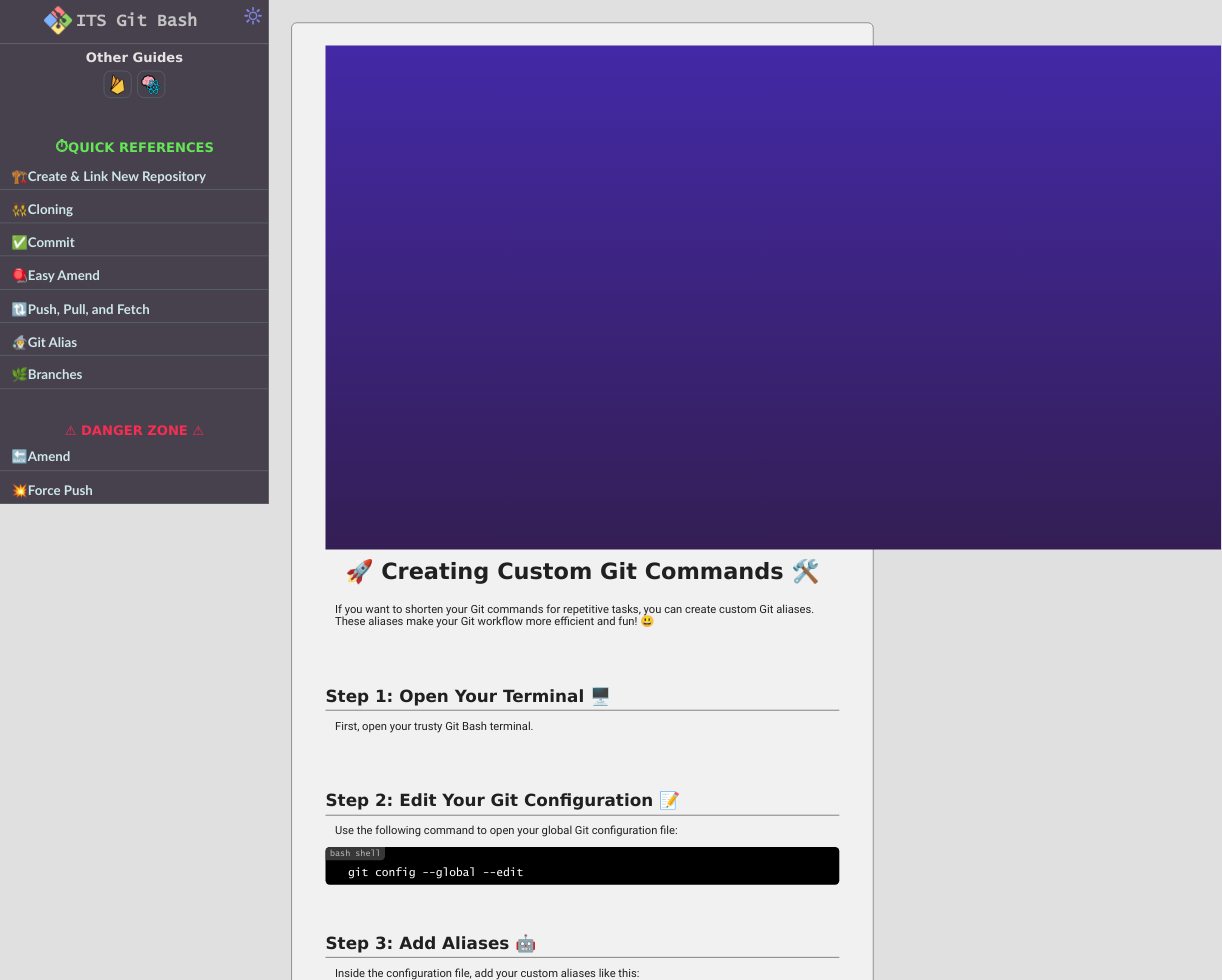
Repository: whyDoILoveThis/project__ITS_Git_Bash
Page: html/git-alias.html
An editor plug-in stored every save of this project. The page is shown before and after the next save, followed by the edit.
The browser window is 1280 px wide. The page is 1745 px wide, then 1280 px, so the pictures cover 1745 px, including what lies to the right of the window. The pictures show the part of the page from y = 0 to 1400 px (the page is 2554 px tall before and 1834 px after), at 70% of full size.

Above is the page before, as saved 2025-07-06 06:17:00.

### html/git-alias.html
<!DOCTYPE html>
<html lang="en">
  <head>
    <meta charset="UTF-8" />
    <meta name="viewport" content="width=device-width, initial-scale=1.0" />
    <link rel="stylesheet" href="/css/normalize.css" />
    <link rel="stylesheet" href="/css/style.css" />
    <title>🧙‍♂️Git Alias</title>
  </head>
  <body>
    <!--!!!!!-->
    <!--! MAIN-WRAP -->
    <div class="main-wrap">
      <section class="article-wrap">
        <article class="article">
          <div class="gradient"></div>
          <h1 class="article__heading">🚀 Creating Custom Git Commands 🛠️</h1>

          <p>
            If you want to shorten your Git commands for repetitive tasks, you
            can create custom Git aliases. These aliases make your Git workflow
            more efficient and fun! 😃
          </p>

          <h2>Step 1: Open Your Terminal 🖥️</h2>

          <p>First, open your trusty Git Bash terminal.</p>

          <h2>Step 2: Edit Your Git Configuration 📝</h2>

          <p>
            Use the following command to open your global Git configuration
            file:
          </p>

          <div class="code">
            <p>git config --global --edit</p>
          </div>

          <h2>Step 3: Add Aliases 🤖</h2>

          <p>
            Inside the configuration file, add your custom aliases like this:
          </p>

          <div class="code code--file-struct">
            <p>[alias]</p>
            <p>&nbsp;&nbsp;co = checkout</p>
            <p>&nbsp;&nbsp;br = branch</p>
            <p>&nbsp;&nbsp;ci = commit</p>
            <p>&nbsp;&nbsp;st = status</p>
            <p>&nbsp;&nbsp;lg = log --graph --oneline --all</p>
          </div>

          <p>
            Feel free to create aliases for any Git command you use frequently.
          </p>

          <h2>Step 4: Save and Exit 💾</h2>

          <p>Save your changes and exit the text editor.</p>

          <h2>Step 5: Test Your New Alias! 🚧</h2>

          <p>Now, you can use your custom Git commands. For example:</p>

          <div class="code">
            <p>git co my-feature-branch</p>
          </div>

          <p>This will be equivalent to:</p>

          <div class="code">
            <p>git checkout my-feature-branch</p>
          </div>

          <p>
            Congratulations! You've made your Git commands snappier and more
            enjoyable. 🎉✨
          </p>

          <h2>Step 6: Share the Joy 🤝</h2>

          <p>
            Don't keep this secret to yourself! Share your custom Git aliases
            with your team to boost productivity. 💪👥
          </p>

          <p>
            That's it! You've customized your Git commands like a pro! Enjoy
            your streamlined Git workflow. 😎👍
          </p>
        </article>
      </section>
    </div>
    <!--! MAIN-WRAP -->
    <!--! !!!!!!! -->
    <script src="/JS/dynamic-nav.js"></script>
  </body>
</html>

### css/style.css


/*TODO: REFACTOR FOR BETTER ORGANIZATION
        AND REMOVING REDUNDANCIES*/

        :root {
            --size--brightness-toggler: 50px;
        }


.gradient {
    width: 100vw;
    height: 100vh;
    background: rgb(52,30,84);
background: linear-gradient(360deg, rgba(52,30,84,1) 0%, rgba(67,41,166,1) 100%);
}

@font-face {
    font-family: LucidaConsole;
    src: url(/fonts/lucon.ttf);

}

@font-face {
    font-family: Roboto;
    src: url(/fonts/Roboto-Regular.ttf);
}

body {
    font-family: 'Lucida Sans', 'Lucida Sans Regular', 'Lucida Grande', 'Lucida Sans Unicode', Geneva, Verdana, sans-serif;
    transition: background-color 0.3s ease-in;
    background-color: rgb(36, 31, 35);

}

body::-webkit-scrollbar-track
{
	-webkit-box-shadow: inset 0 0 6px rgba(0,0,0,0.3);
	border-radius: 10px;
	background-color: rgb(52, 29, 69);
}

body::-webkit-scrollbar
{
    border-radius: 10px;

	width: 5px;
	background-color: rgb(50, 41, 56);
}

body::-webkit-scrollbar-thumb
{
	border-radius: 10px;
	-webkit-box-shadow: inset 0 0 6px rgba(0,0,0,.3);
	background-color: #8181DB;
}



ul {
    list-style-type: none;
    padding: 0;
    padding-bottom: 4rem;
    margin: 0;
}

ul li {
    padding: 1rem 0 0.5rem 1rem;
    border-bottom: 0.5px solid rgb(90, 105, 110);
}

li a {
    text-decoration: none;
    color: rgb(206, 231, 231);
    font-family: 'Trebuchet MS', 'Lucida Sans Unicode', 'Lucida Grande', 'Lucida Sans', Arial, sans-serif;
    font-weight: 600;
    text-decoration-thickness: 0px;
    font-size: 19px;
}

a {
    color: rgb(45, 143, 248);
    text-decoration: none;
}

a:hover {
    font-weight: 600;
    text-decoration: underline;
}

li a:hover {
    text-decoration: underline;
    text-decoration-thickness: 2px;
    text-decoration-color: rgb(110, 203, 103);
}

em {
    font-style: normal;
}

.main-wrap {
    display: flex;
    height: 100%;
    width: 100%;
}

/** NAV */

.nav {
    z-index: 100;
    background: rgba(50, 41, 56, 0.877);
    backdrop-filter: blur(8px);
    -webkit-backdrop-filter: blur(8px);
    display: flex;
    flex-direction: column;
    width: 30%;
    height: 100%;
    position: fixed;
    overflow: auto;
    transition: all 0.37s ease-out;
}

.nav::-webkit-scrollbar-track
{
	-webkit-box-shadow: inset 0 0 6px rgba(0,0,0,0.3);
	border-radius: 10px;
	background-color: rgb(50, 41, 56);
}

.nav::-webkit-scrollbar
{
    border-radius: 10px;

	width: 3px;
	background-color: rgb(50, 41, 56);
}

.nav::-webkit-scrollbar-thumb
{
	border-radius: 10px;
	-webkit-box-shadow: inset 0 0 6px rgba(0,0,0,.3);
	background-color: #8181DB;
}


.logo-wrap {
    height: auto;
    max-height: 40px;
    display: flex;
    align-items: center;
    justify-content: center;
    gap: 0.3rem;
    padding: 0.7rem;
    border-bottom: 1px solid rgb(115, 115, 115);
    padding-right: var(--size--brightness-toggler);

}

.logo__icon {
    width: 8vw;
    max-width: 40px;
    height: 8vw;
    max-height: 40px;
    display: inline;
}

.logo__tag {
    color: rgb(195, 195, 195);
    font-family:  LucidaConsole, Arial, Helvetica, sans-serif;
    white-space: 1px;
    font-size: 24px;
    font-weight: 600;
    margin: 0;
}

.dark-mode-toggler-wrap {
    position: absolute;
    top: 10px;
    right: 10px;

}

.other-guides-wrap {
    margin: 0.5rem;
    display: flex;
    justify-content: center;
    align-self: center;
    gap: 0.5rem;
}

.other-guides-wrap > a > img {
    width: 28px;
}

.other-guides-heading {
    color: rgb(228, 228, 228);
    margin-top: 0;
}

.guide-link {
    border: 1px solid rgb(90, 105, 110);
    border-radius: 10px;
    display: flex;
    justify-content: center;
    padding: 0.3rem;
    transition: background-color 0.4s;
}

.guide-link:hover {
    background-color: rgba(255, 255, 255, 0.117);
}

.quick-ref-heading {
    color: rgb(101, 230, 87);
    text-transform: uppercase;
}

.quick-ref-heading::before {
    content: '⏱';
    font-size: 24px;
}

.article-wrap {
    margin-left: 30%;
    width: calc(70% - 2rem * 2);
    padding: 2rem;
}

.article {
    border: 1px solid rgb(109, 109, 109);
    border-radius:8px;
    display: flex;
    flex-direction: column;
    padding: 3rem;
    padding-top: 2rem;

    background-color: rgb(49, 49, 49);
    color: rgba(255, 255, 255, 0.90);
    transition: background-color 0.4s ease-in, color 0.5s ease-in;

}

.article__heading,
.article h2.h2--large {
    text-align: center;
    font-size: 32px;
    margin: 0.8rem;
    border: 0;
}

.article h2 {
    margin: 4.4rem 0 0rem 0;
    border-bottom: 1px solid #555;
    padding-bottom: 0.3rem;
}


.article > p {
    font-family: Roboto, Arial, Helvetica, sans-serif;
    margin: 0.85rem;
}

.emoji {
    display: inline;
    width: 20px;
}

.emoji--rocket {
    content: url(/img/emoji-rocket.PNG);
}

.code {
    font-family: LucidaConsole, Arial, Helvetica, sans-serif;
    white-space: nowrap;
    background-color: black;
    color: white;
    font-style: normal;
    width: 100%;
    display: flex;
    flex-direction: column;
    border-radius: 6px;
    overflow: auto;
}

.code p::selection,
.code em::selection {
    background: rgba(214, 172, 238, 0.273);
    color: inherit;
}

.code::-webkit-scrollbar {
    width: 12px;
    background-color: #F5F5F5;
    height: 7px;
}
.code::-webkit-scrollbar-thumb {
    border-radius: 1px;
    -webkit-box-shadow: inset 0 0 6px rgba(0,0,0,.3);
    background-color: #555;
}
.code::-webkit-scrollbar-track {
    -webkit-box-shadow: inset 0 0 6px rgba(0,0,0,0.3);
    border-radius: 1px;
    background-color: #F5F5F5;
}


.code::before {
    content: 'bash shell';
    background-color: rgb(55, 55, 55);


    align-self: flex-start;

    color: rgb(184, 184, 184);
    padding: 0.25rem 0.4rem 0.1rem 0.4rem;
    border-radius: 6px 0px 6px 0;
    font-size: 12px;
}

.code--html::before {
    content: 'HTML';
    color: rgb(255, 72, 0);
    letter-spacing: 1px;
}

.code--js::before {
   content: 'javascript';
   color: yellow;
}

.code--json::before {
    content: 'json';
    color: rgb(93, 184, 93);
}

.code--file-struct::before {
    content: '📁';
    font-size: 20px;
}

.code p {
    margin: 0.5rem 0 0.5rem 2rem;
    display: inline-block;
    flex: 0 0 100%;
}

.comnt {
    color: rgb(123, 123, 123);
}

.orng {
    color: orange;
}

.grn {
    color: rgb(60, 162, 60);
}

.blu {
    color: rgb(74, 189, 255);
}

.red {
    color: rgb(246, 46, 83);
}

/** BUTTONS */

.btn-group {
    display: flex;
    gap: 0.5rem;
}

.btn {
    position: relative;
    z-index: 99;
    width: 100%;
    font-family: Roboto, Arial, Helvetica, sans-serif;
    font-size: 24px;
    text-shadow: 0 0 2px rgba(0, 0, 0, 0.577);
    padding: 10px 20px;
    background-color: #27396a;

    color: #6cbbfb;
    cursor: pointer;
    border-radius: 10px;
    border: 1.5px solid rgb(0, 0, 0);
    margin-top: 1rem;
}

.btn--important {
    color: rgb(252, 107, 107);
    background-color: rgb(83, 32, 32);
}

.btn--more-info-box {

    font-family: Roboto, Arial, Helvetica, sans-serif;
    background-color: #eeeeee;
    background-color: #363232;

    color: #202020;
    color: rgba(255, 255, 255, 0.90);
    position: relative;
    top: -1rem;
    padding: 1rem;
    border-radius: 8px;
    text-align: center;
    border: 1.5px solid rgb(0, 115, 225);
    animation: 0.5s ease-in-out;
    transform-origin: top center;
    transition: background-color 0.4s ease-in, color 0.5s ease-in;
}

.btn--more-info-box.hidden {
    display: none;

}

@keyframes bounceDown {
    0% {
        transform: scaleY(0);
        opacity: 0;
    }
    70% {
        transform: scaleY(1.04);
        opacity: 1;
    }
    100% {
        transform: scaleY(1);
        opacity: 1;
    }
}

@keyframes bounceUp {
    0% {
        transform: scaleY(1);
        opacity: 1;
    }

    20% {
        transform: scaleY(1.04);
        opacity: 0.8;
    }

    100% {
        transform: scaleY(0);
        opacity: 0.2;
    }
}

.btn--more-info-box p {
    text-align: left;
}

.btn--more-info-box h2 {
    margin-top: 2.5rem;
}

.btn--more-info-box h3 {
    margin-top: 1.5rem;
    margin-bottom: 0;
}

@media screen and (min-width: 768px) {
    .nav-toggler {
        position: fixed;
        display: none;
        visibility: hidden;
    }
}

@media screen and (max-width: 778px) {
    ul li {
        padding: 0.8rem 0.3rem 0.5rem 0.8rem;
    }

    li a {
        font-size: 17px;
    }

    .nav {
        margin: 0;
        width: 100%;
        height: 60px;
        overflow: hidden;
        border-top-right-radius: 0;
        border-bottom-left-radius: 10px;
        border-bottom-right-radius: 10px;
        box-shadow: 1px 1px 1px 3px rgba(0, 0, 0, 0.179);
    }

    .nav-expanded {
        width: 85%;
        height: 100%;
        overflow-y: auto;
        box-shadow: 1px 1px 0px 700px rgba(0, 0, 0, 0.5);
        border-bottom-left-radius: 0;
    }

    .nav-expanded .nav-toggler {
        position: absolute;
        transform: translateY(60px);
    }

    .logo-wrap {
        place-self: center;
        padding-right: var(--size--brightness-toggler);
        padding-left: var(--size--brightness-toggler);
    }
    .logo__icon {
        height: 40px;
        width: 40px;
    }
    .dark-mode-toggler-wrap {
        position: absolute;
        top: 15px;
        right: 10px;

    }
    .nav-toggler {
       width: 40px;
       position: absolute;
       left: 10px;

       transition: all 0.2s;
    }

    .logo__tag {
        font-size: 22px;
        white-space: nowrap;
    }

    .article-wrap {
        margin: 0;
        width: calc(100% - 0.5rem * 2);
         padding: 0.5rem;
         margin-top: 70px;
     }
     .article {
        padding: 0.5rem;
    }
}

.copyright::before {
    content: '© 2023 - Ian Thai Smith ';
    font-family: 'Times New Roman', Times, serif ;
    display: flex;
    justify-content: center;

}

### JS/dynamic-nav.js
const head = document.getElementsByTagName('head')[0];
const tabIcon = document.createElement("link");
tabIcon.href = "/img/git-bash-icon.png";
tabIcon.rel = "icon";
head.appendChild(tabIcon);

const articleWrap = document.querySelector(".article-wrap");

const copyright = document.createElement("p");
copyright.classList.add("copyright");

articleWrap.appendChild(copyright);

// Select the target element
const container = document.querySelector(".main-wrap");

// Create the main navigation element
const navigation = document.createElement("nav");
navigation.classList.add("nav");

function expandNav(){
    navigation.classList.toggle("nav-expanded")
}

const navToggler = document.createElement("img");
navToggler.src = "/img/icon-nav-toggler.png";
navToggler.classList.add("nav-toggler");
navToggler.addEventListener("click", expandNav);



// Create the logo-wrap div
const logoWrap = document.createElement("div");
logoWrap.classList.add("logo-wrap");

// Create the logo icon
const logoIcon = document.createElement("img");
const homeLink = document.createElement("a");
homeLink.href = "/index.html";
logoIcon.src = "/img/git-bash-icon.png";
logoIcon.alt = "";
logoIcon.classList.add("logo__icon");
homeLink.appendChild(logoIcon);


// Create the logo tag
const logoTag = document.createElement("p");
logoTag.classList.add("logo__tag");
logoTag.innerText = "ITS Git Bash";


const darkModeTogglerWrap = document.createElement("div");
darkModeTogglerWrap.classList.add("dark-mode-toggler-wrap");
const darkModeToggler = document.createElement("img");
darkModeTogglerWrap.appendChild(darkModeToggler);
darkModeToggler.src = "/img/icon-brightness-dim.png";
darkModeToggler.style.width = "25px";
darkModeToggler.classList.add(".dark-mode-toggler");

const article = document.querySelector('.article')


darkModeToggler.addEventListener("click", toggleBrightness);

const otherGuidesWrap = document.createElement("div");
otherGuidesWrap.classList.add("other-guides-wrap");

const otherGuides = document.createElement("h3");
otherGuides.innerText = "Other Guides";
otherGuides.classList.add('other-guides-heading');
otherGuides.style.textAlign = "center";
otherGuides.style.marginBottom = "0";
otherGuides.style.marginTop = "0.5rem";

const linkBash = document.createElement('a');
const imgBash = document.createElement("img");
linkBash.classList.add('guide-link');
imgBash.src = "/img/firebase-icon.png";
linkBash.href = "https://its-firebase.vercel.app";
linkBash.appendChild(imgBash);
otherGuidesWrap.appendChild(linkBash);
// another
const linkReact18 = document.createElement('a');
const imgReact18 = document.createElement("img");
linkReact18.classList.add('guide-link');
imgReact18.src = "/img/learn-react18-icon.png";
linkReact18.href = "https://learn-react18.vercel.app";
linkReact18.appendChild(imgReact18);
otherGuidesWrap.appendChild(linkReact18);




const infoBoxes = document.querySelectorAll('.btn--more-info-box');


// Check if 'bright' is stored in localStorage
const storedBright = localStorage.getItem('bright');

// Initialize 'bright' with the stored value (or default to false if not found)
let bright = storedBright === 'false';


function toggleBrightness() {
    bright = !bright;

    // Store the updated 'bright' value in localStorage
    localStorage.setItem('bright', bright);

 // Update UI and apply styles based on 'bright' state

    if(bright){
    fadeOutAndChange(darkModeToggler, "/img/icon-brightness-bright.png");
    document.body.style.backgroundColor = 'rgb(224, 224, 224)';
    article.style.backgroundColor = 'rgb(241, 241, 241)';
    article.style.color = '#202020';
    copyright.style.color = 'black';
    infoBoxes.forEach(infoBox => {
        infoBox.style.backgroundColor = '#eeeeee';
        infoBox.style.color = '#202020';
    });
    } else {
        fadeOutAndChange(darkModeToggler, "/img/icon-brightness-dim.png");
        document.body.style.backgroundColor = 'rgb(36, 31, 35)';
        article.style.backgroundColor = 'rgb(49, 49, 49)';
        article.style.color = 'rgba(255, 255, 255, 0.90)';
        copyright.style.color = 'white';
        infoBoxes.forEach(infoBox => {
            infoBox.style.backgroundColor = '#363232';
            infoBox.style.color = 'rgba(255, 255, 255, 0.90)';
        });
    }
}

function fadeOutAndChange(element, newImageSrc) {
    element.style.opacity = 0;
    setTimeout(() => {

        element.src = newImageSrc;
        element.style.opacity = 1;
    }, 200); // Adjust the time to match your CSS transition duration
}

// Call toggleBrightness to initialize UI based on stored value
toggleBrightness();


// Append the logo icon and tag to the logo-wrap div
logoWrap.appendChild(navToggler);
logoWrap.appendChild(homeLink);
logoWrap.appendChild(logoTag);



// Create the links list
const linkList = document.createElement("ul");
linkList.classList.add("link__list");


const quickRefs = document.createElement("h3");
quickRefs.innerText = "Quick References";
quickRefs.classList.add('quick-ref-heading');
quickRefs.style.textAlign = "center";
quickRefs.style.marginBottom = "0";
quickRefs.style.marginTop = "3rem";
linkList.appendChild(quickRefs);
/****************LINKS****************** */
/****************LINKS****************** */
// Create a list item for the link
const linkItem1 = document.createElement("li");
linkItem1.classList.add("link");
// Create the link itself
const linkCreateNewRepo = document.createElement("a");
linkCreateNewRepo.href = "/html/create-and-link-new-repo.html";
linkCreateNewRepo.innerText = "🏗️Create & Link New Repository";
// Append the link to the list item
linkItem1.appendChild(linkCreateNewRepo);
// Append the list item to the links list
linkList.appendChild(linkItem1);

// Create a list item for the link
const linkItem2 = document.createElement("li");
linkItem2.classList.add("link");
const linkCloning = document.createElement("a");
linkCloning.href = "/html/cloning.html";
linkCloning.innerText = "👯‍♀️Cloning";
// Append the link to the list item
linkItem2.appendChild(linkCloning);
// Append the list item to the links list
linkList.appendChild(linkItem2);

const linkItem3 = document.createElement("li");
linkItem3.classList.add("link");
const linkCommit = document.createElement("a");
linkCommit.href = "/html/commit.html";
linkCommit.innerText = "✅Commit";
linkItem3.appendChild(linkCommit);
linkList.appendChild(linkItem3);

const linkItem3v1 = document.createElement("li");
linkItem3v1.classList.add("link");
const linkEasyAmend = document.createElement("a");
linkEasyAmend.href = "/html/easy-amend.html";
linkEasyAmend.innerText = "🪀Easy Amend";
linkItem3v1.appendChild(linkEasyAmend);
linkList.appendChild(linkItem3v1);

const linkItem4 = document.createElement("li");
linkItem4.classList.add("link");
const linkPushPullAndFetch = document.createElement("a");
linkPushPullAndFetch.href = "/html/push-pull-and-fetch.html";
linkPushPullAndFetch.innerText = "🔃Push, Pull, and Fetch";
linkItem4.appendChild(linkPushPullAndFetch);
linkList.appendChild(linkItem4);

const linkItem7 = document.createElement("li");
linkItem7.classList.add("link");
const linkGitAlias = document.createElement("a");
linkGitAlias.href = "/html/git-alias.html";
linkGitAlias.innerText = "🧙‍♂️Git Alias";
linkItem7.appendChild(linkGitAlias);
linkList.appendChild(linkItem7);

const linkItem8 = document.createElement("li");
linkItem8.classList.add("link");
const linkBranches = document.createElement("a");
linkBranches.href = "/html/branches.html";
linkBranches.innerText = "🌿Branches";
linkItem8.appendChild(linkBranches);
linkList.appendChild(linkItem8);

const dangerZone = document.createElement("h3");
dangerZone.innerText = "⚠ DANGER ZONE ⚠";
dangerZone.style.textAlign = "center";
dangerZone.classList.add("red");
dangerZone.style.marginBottom = "0";
dangerZone.style.marginTop = "3rem";
linkList.appendChild(dangerZone);

const linkItem5 = document.createElement("li");
linkItem5.classList.add("link");
const linkAmend = document.createElement("a");
linkAmend.href = "/html/amend.html";
linkAmend.innerText = "🔙Amend";
linkItem5.appendChild(linkAmend);
linkList.appendChild(linkItem5);

const linkItem6 = document.createElement("li");
linkItem6.classList.add("link");
const linkForcePush = document.createElement("a");
linkForcePush.href = "/html/💥force-push.html";
linkForcePush.innerText = "💥Force Push";
linkItem6.appendChild(linkForcePush);
linkList.appendChild(linkItem6);





/****************LINKS****************** */
/****************LINKS****************** */


// Append the logo-wrap div and links list to the navigation
navigation.appendChild(logoWrap);
navigation.appendChild(darkModeTogglerWrap);
navigation.appendChild(otherGuides);
navigation.appendChild(otherGuidesWrap);
navigation.appendChild(linkList);

// Append the navigation to the container
container.appendChild(navigation);

Loaded but not shown: css/normalize.css (library)

After the next save:
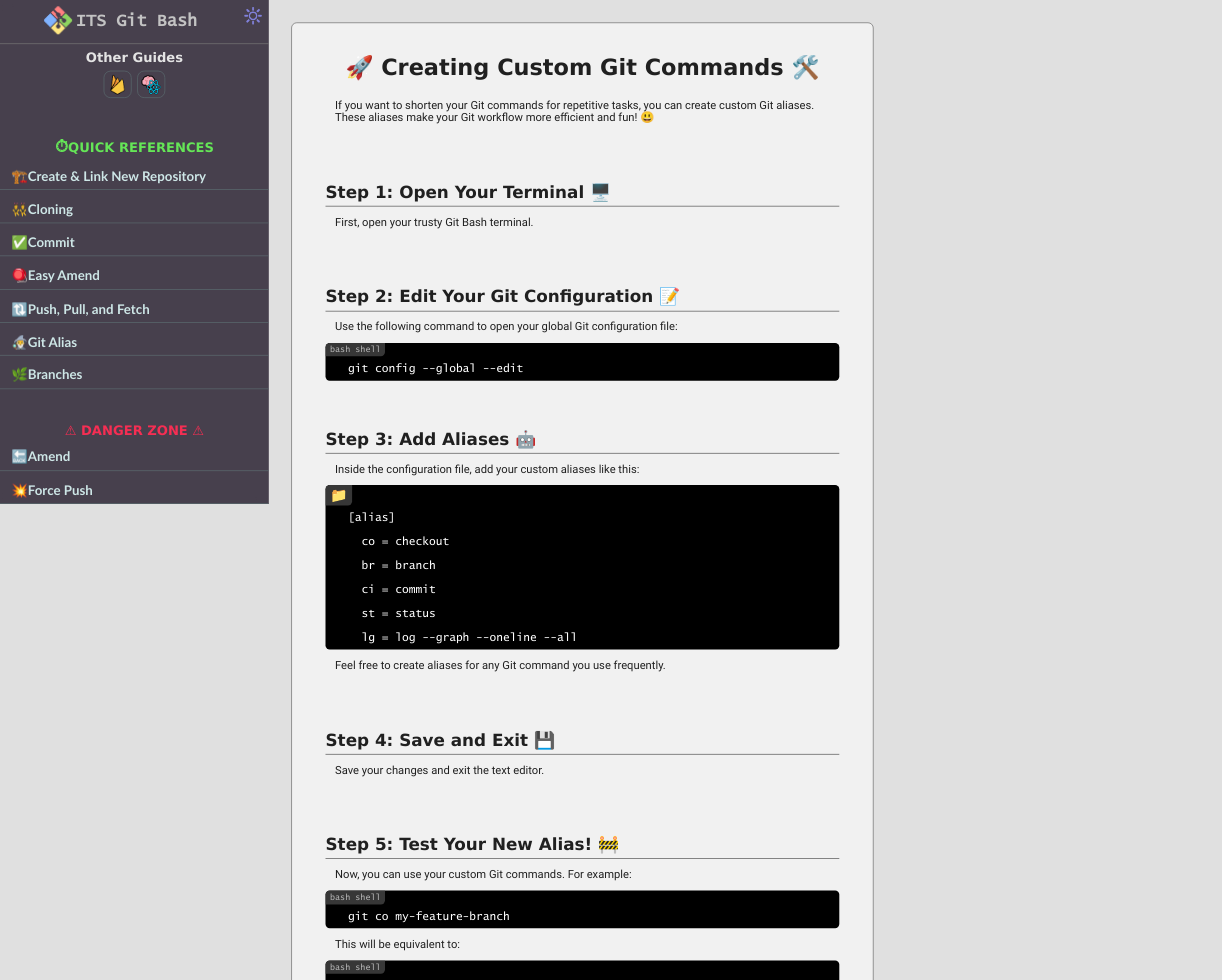
Saved 44 s later.
--- a/html/git-alias.html
+++ b/html/git-alias.html
@@ -13,7 +13,6 @@
     <div class="main-wrap">
       <section class="article-wrap">
         <article class="article">
-          <div class="gradient"></div>
           <h1 class="article__heading">🚀 Creating Custom Git Commands 🛠️</h1>
 
           <p>
